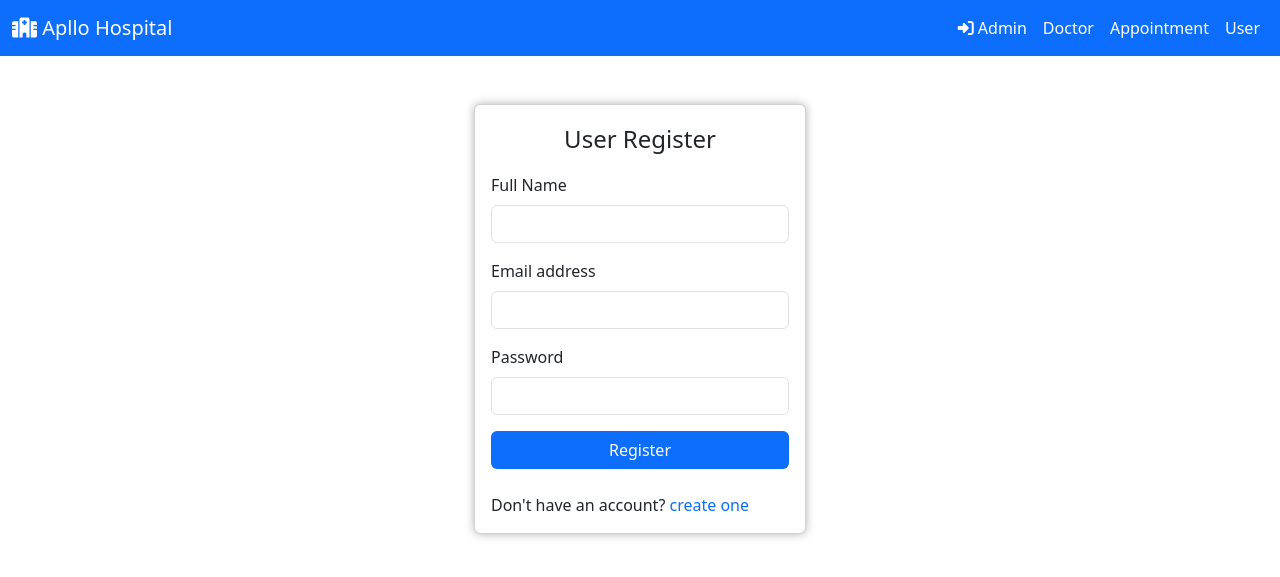
Repository: Subhadip09/Hospital-Management-System
Page: http://localhost/Hospital-Management-System/user_signup.jsp
These files come from the project's save history. The page is drawn as it stood at one moment and after the next save; the edit follows.
The browser window is 1280 px wide. The pictures show the whole page.
The page is served by Tomcat 9. Other server files are loaded and not shown.

Above is the page before, as saved 2024-04-06 05:50:26.

### Hospital-Management-System/src/main/webapp/user_signup.jsp
<%@ page language="java" contentType="text/html; charset=UTF-8"
	pageEncoding="UTF-8"%>
<!DOCTYPE html>
<html>
<head>
<meta charset="UTF-8">
<title>User Signup Page</title>
<%@include file="component/allcss.jsp"%>

<style type="text/css">
.paint-card {
	box-shadow: 0 0 10px 0 rgba(0, 0, 0, 0.3);
}
</style>

</head>
<body>
	<%@include file="component/navbar.jsp"%>

	<div class="container p-5">
		<div class="row">
			<div class="col-md-4 offset-md-4">
				<div class="card paint-card">
					<div class="card-body">
						<p class="fs-4 text-center">User Register</p>

						<form action="#" method="post">
							<div class="mb-3">
								<label class="form-label">Full Name</label> <input required
									name="fullname" type="text" class="form-control">
							</div>

							<div class="mb-3">
								<label class="form-label">Email address</label> <input required
									name="email" type="email" class="form-control">
							</div>

							<div class="mb-3">
								<label class="form-label">Password</label> <input required
									name="password" type="password" class="form-control">
							</div>

							<button type="submit" class="btn bg-primary text-white col-md-12">Register</button>
						</form>

						<br> Don't have an account? <a href="signup.jsp"
							class="text-decoration-none">create one</a>

					</div>
				</div>
			</div>
		</div>
	</div>

</body>
</html>

### Hospital-Management-System/src/main/webapp/component/allcss.jsp
<link
	href="https://cdn.jsdelivr.net/npm/bootstrap@5.3.3/dist/css/bootstrap.min.css"
	rel="stylesheet"
	integrity="sha384-QWTKZyjpPEjISv5WaRU9OFeRpok6YctnYmDr5pNlyT2bRjXh0JMhjY6hW+ALEwIH"
	crossorigin="anonymous">

<link rel="stylesheet"
	href="https://cdnjs.cloudflare.com/ajax/libs/font-awesome/6.5.2/css/all.min.css"
	integrity="sha512-SnH5WK+bZxgPHs44uWIX+LLJAJ9/2PkPKZ5QiAj6Ta86w+fsb2TkcmfRyVX3pBnMFcV7oQPJkl9QevSCWr3W6A=="
	crossorigin="anonymous" referrerpolicy="no-referrer" />

<script
	src="https://cdn.jsdelivr.net/npm/bootstrap@5.3.3/dist/js/bootstrap.bundle.min.js"
	integrity="sha384-YvpcrYf0tY3lHB60NNkmXc5s9fDVZLESaAA55NDzOxhy9GkcIdslK1eN7N6jIeHz"
	crossorigin="anonymous"></script>

### Hospital-Management-System/src/main/webapp/component/navbar.jsp
<nav class="navbar navbar-expand-lg navbar-dark bg-primary">
	<div class="container-fluid">
		<a class="navbar-brand" href="index.jsp"><i class="fa-solid fa-hospital"></i> Apllo Hospital</a>
		<button class="navbar-toggler" type="button" data-bs-toggle="collapse"
			data-bs-target="#navbarSupportedContent"
			aria-controls="navbarSupportedContent" aria-expanded="false"
			aria-label="Toggle navigation">
			<span class="navbar-toggler-icon"></span>
		</button>
		<div class="collapse navbar-collapse" id="navbarSupportedContent">
			<ul class="navbar-nav ms-auto mb-2 mb-lg-0">

				<li class="nav-item"><a class="nav-link active"
					aria-current="page" href="admin_login.jsp"><i class="fa-solid fa-right-to-bracket"></i> Admin</a></li>

				<li class="nav-item"><a class="nav-link active"
					aria-current="page" href="doctor_login.jsp">Doctor</a></li>

				<li class="nav-item"><a class="nav-link active"
					aria-current="page" href="#">Appointment</a></li>

				<li class="nav-item"><a class="nav-link active"
					aria-current="page" href="user_login.jsp">User</a></li>


				<!-- <li class="nav-item dropdown"><a
					class="nav-link dropdown-toggle" href="#" role="button"
					data-bs-toggle="dropdown" aria-expanded="false"> Dropdown </a>
					<ul class="dropdown-menu">
						<li><a class="dropdown-item" href="#">Action</a></li>
						<li><a class="dropdown-item" href="#">Another action</a></li>
						<li><hr class="dropdown-divider"></li>
						<li><a class="dropdown-item" href="#">Something else here</a></li>
					</ul></li> -->


			</ul>
		</div>
	</div>
</nav>

After the next save:
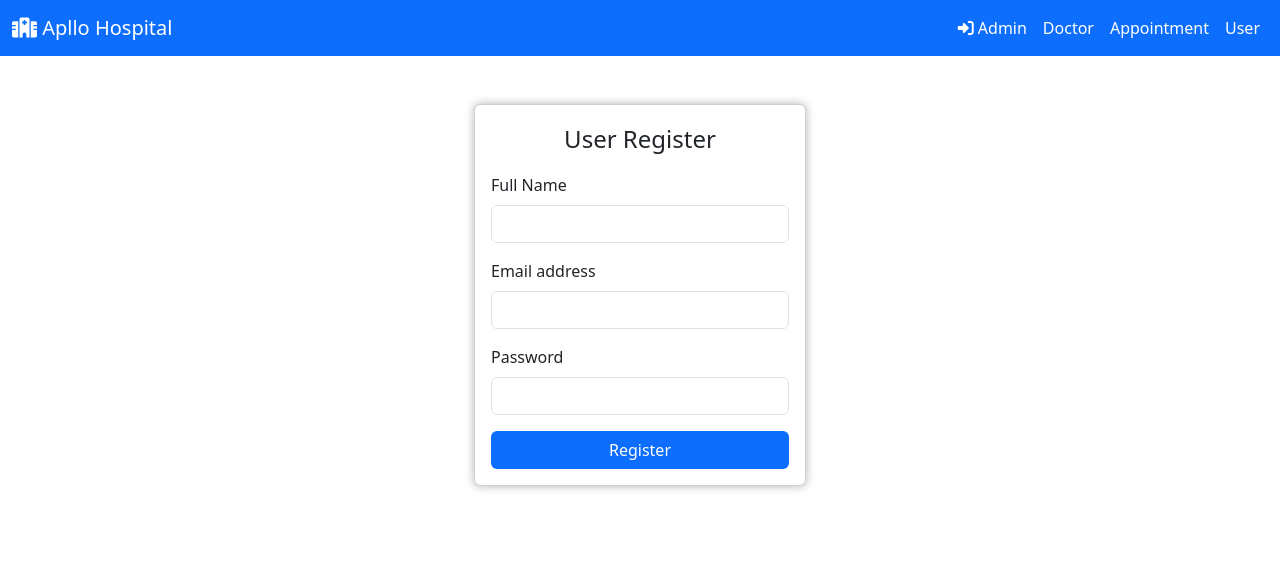
Saved 16 s later.
--- a/Hospital-Management-System/src/main/webapp/user_signup.jsp
+++ b/Hospital-Management-System/src/main/webapp/user_signup.jsp
@@ -43,9 +43,6 @@
 							<button type="submit" class="btn bg-primary text-white col-md-12">Register</button>
 						</form>
 
-						<br> Don't have an account? <a href="signup.jsp"
-							class="text-decoration-none">create one</a>
-
 					</div>
 				</div>
 			</div>
